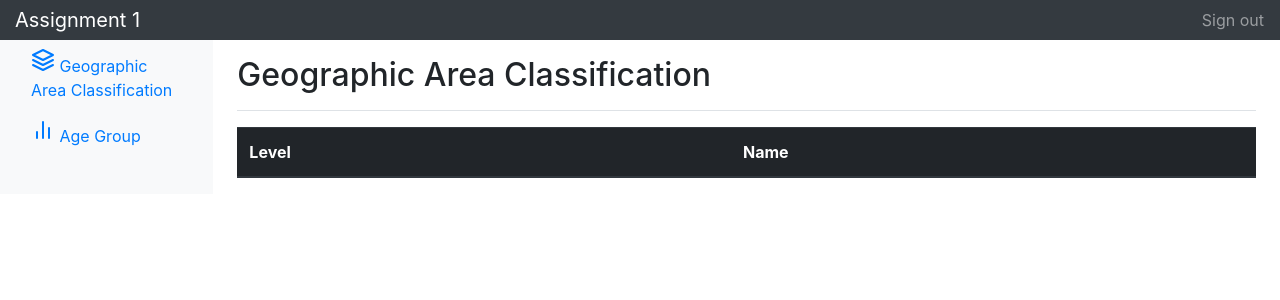
Repository: Yodilicious/PROG3060Assignment1
Page: http://localhost/PROG3060Assignment1JV/
An editor plug-in stored every save of this project. The page is shown before and after the next save, followed by the edit.
The browser window is 1280 px wide. The pictures show the whole page.
Some web libraries are served in a nearby version. The page is served by Tomcat 9. Queries for data that is not in the repository find no rows.

Above is the page before, as saved 2018-02-16 06:32:03.

After the next save:
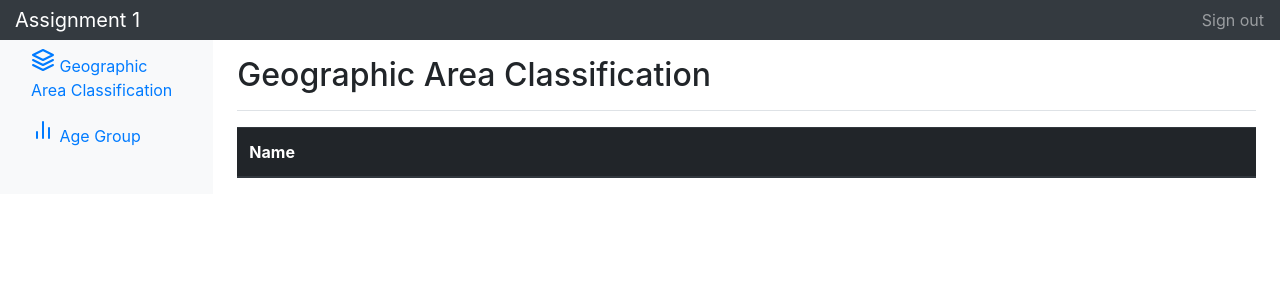
Saved 31 s later.
--- a/PROG3060Assignment1JV/WebContent/html/GeographicAreaClassification.jsp
+++ b/PROG3060Assignment1JV/WebContent/html/GeographicAreaClassification.jsp
@@ -50,7 +50,6 @@
           		<table class="table">
 				  <thead class="thead-dark">
 				    <tr>
-				      <th scope="col">Level</th>
 				      <th scope="col">Name</th>
 				    </tr>
 				  </thead>

After the 2 saves that followed:
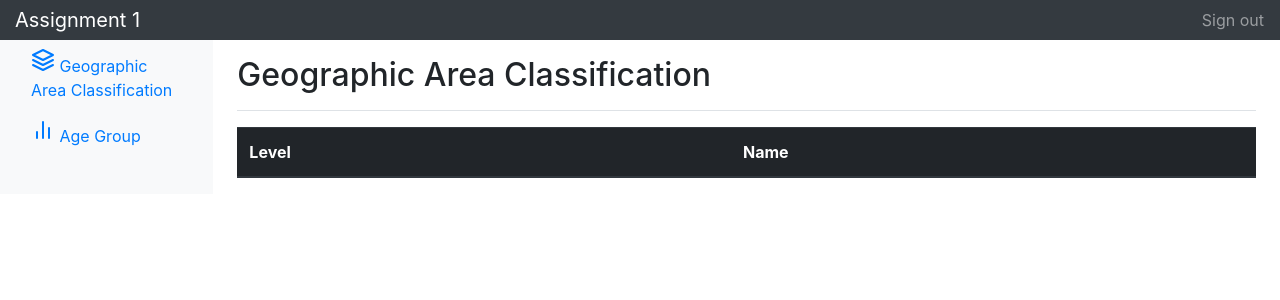
The 2 saves are shown as one change because 1 left the picture as it was.
The last was saved 56 s later.
--- a/PROG3060Assignment1JV/WebContent/html/GeographicAreaClassification.jsp
+++ b/PROG3060Assignment1JV/WebContent/html/GeographicAreaClassification.jsp
@@ -50,6 +50,7 @@
           		<table class="table">
 				  <thead class="thead-dark">
 				    <tr>
+				      <th scope="col">Level</th>
 				      <th scope="col">Name</th>
 				    </tr>
 				  </thead>
